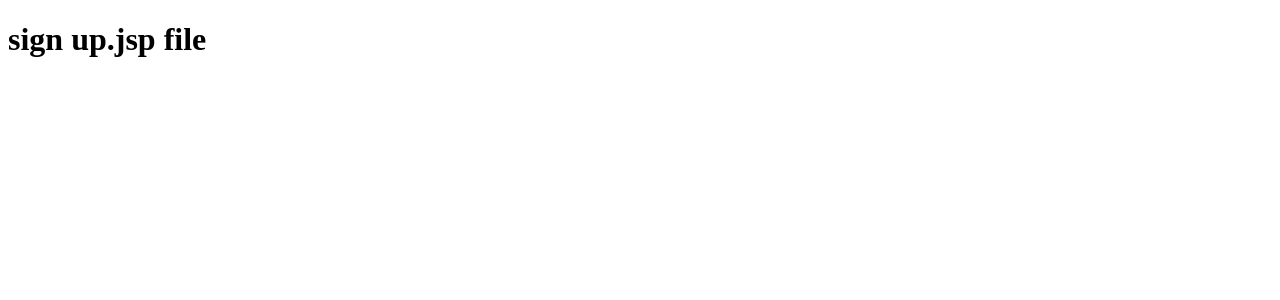
Repository: OhSeungMok/spring1
Page: http://localhost/ch07_pjt_02/signup
The author's editor kept a copy of each file at every save. The page is drawn from the files as they stood at one save, then again after the next save.
The browser window is 1280 px wide. The pictures show the whole page.
The page is served by Tomcat 9. Other server files are loaded and not shown.

Above is the page before, as saved 2024-05-09 07:17:03.

### STSProject/ch07_pjt_02/src/main/webapp/WEB-INF/views/sign_up.jsp
<%@ page language="java" contentType="text/html; charset=UTF-8"
    pageEncoding="UTF-8"%>
<!DOCTYPE html>
<html>
<head>
<meta charset="UTF-8">
<title>sign_up.jsp 파일</title>
</head>
<body>
	<h1>sign up.jsp file</h1>
</body>
</html>

After the next save:
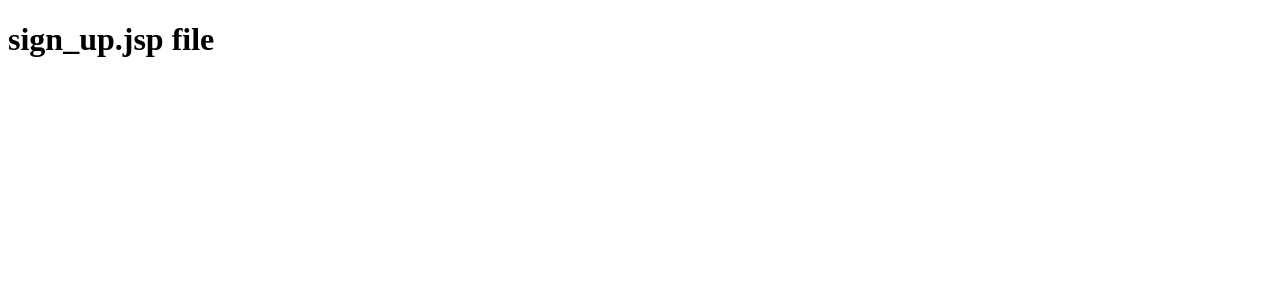
Saved 7 s later.
--- a/STSProject/ch07_pjt_02/src/main/webapp/WEB-INF/views/sign_up.jsp
+++ b/STSProject/ch07_pjt_02/src/main/webapp/WEB-INF/views/sign_up.jsp
@@ -7,6 +7,6 @@
 <title>sign_up.jsp 파일</title>
 </head>
 <body>
-	<h1>sign up.jsp file</h1>
+	<h1>sign_up.jsp file</h1>
 </body>
 </html>
